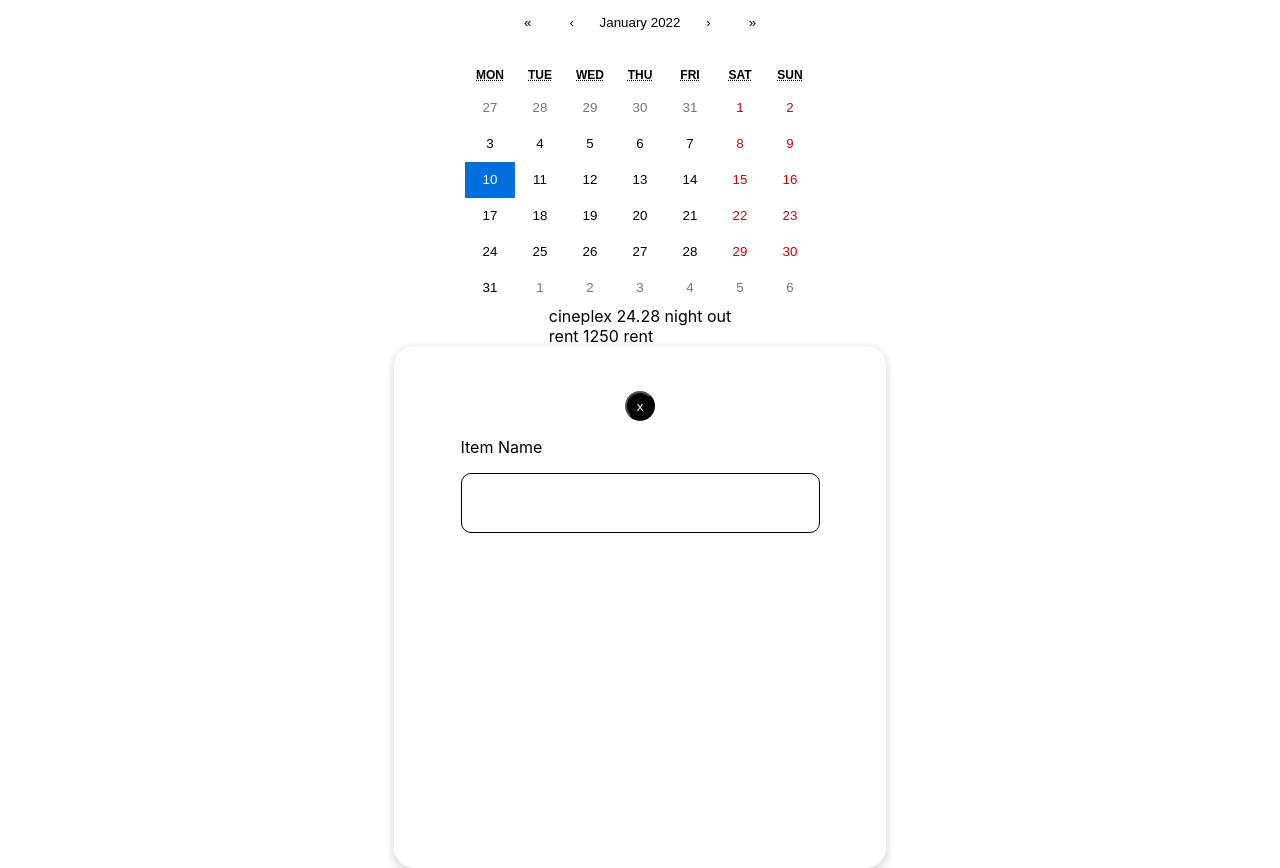
Repository: julianm09/expense-tracker
Page: /
These files come from the project's save history. The page is drawn as it stood at one moment and after the next save; the edit follows.
The browser window is 1280 px wide. The pictures show the whole page.
The project was rebuilt for these pictures with package versions that can differ from the ones it lists, and the page was loaded fresh each time. The framework's server and built-in components were replaced by stand-ins that run in the browser. Also part of the build but not shown: next.config.js.

Above is the page before, as saved 2022-01-10 15:01:06.

After the next save:
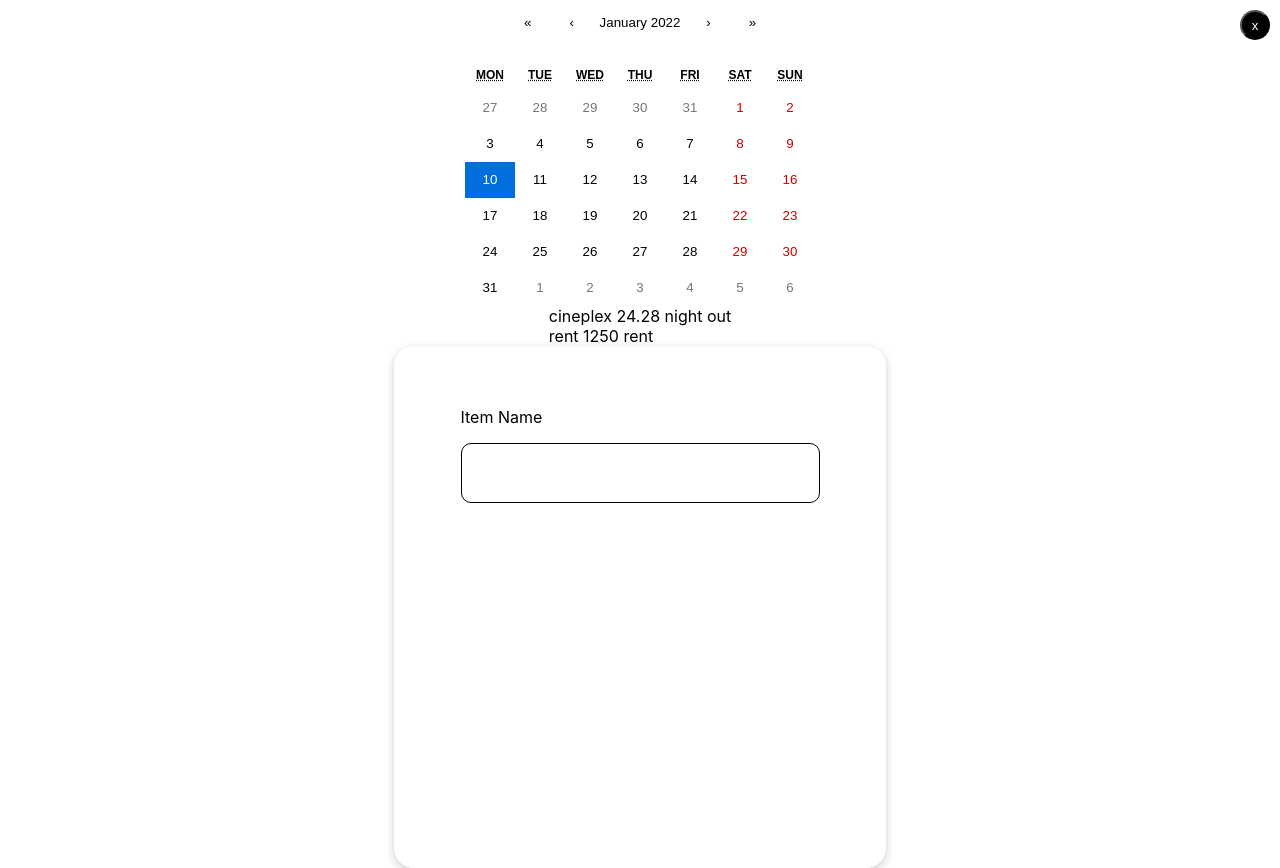
Saved 42 s later.
--- a/comps/popup.js
+++ b/comps/popup.js
@@ -14,6 +14,9 @@ const Cont = styled.div`
   box-shadow: 0 3px 10px rgb(0 0 0 / 0.2);
 `;
 const XButton = styled.button`
+  position: absolute;
+  top: 10px;
+  right: 10px;
   border-radius: 20px;
   background-color: #000;
   width: 30px;
